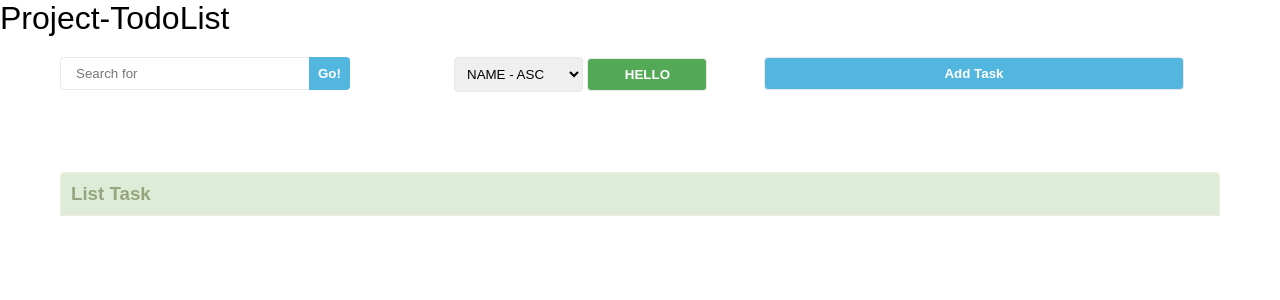
Repository: dinhconglam2306/frontend_tu_xa
Page: B08/Exercise_todolist/index.html
An editor plug-in stored every save of this project. The page is shown before and after the next save, followed by the edit.
The browser window is 1280 px wide. The pictures show the whole page.

Above is the page before, as saved 2021-04-15 03:21:53.

### B08/Exercise_todolist/index.html
<!DOCTYPE html>
<html lang="en">
  <head>
    <meta charset="UTF-8" />
    <meta http-equiv="X-UA-Compatible" content="IE=edge" />
    <meta name="viewport" content="width=device-width, initial-scale=1.0" />
    <title>Document</title>
    <link rel="stylesheet" href="css/style.css" />
  </head>
  <body>
    <h1>Project-TodoList</h1>
    <div id="container" class="container">
      <div class="container_right">
        <input class="search" type="search" placeholder="Search for" />
        <button class="search_go">Go!</button>
      </div>

      <div class="container_center">
        <select id="sort_by">
          <option value="name_asc">NAME - ASC</option>
          <option value="name_desc">NAME - DESC</option>
          <option value="level_asc">LEVEL - ASC</option>
          <option value="level_desc">LEVEL - DESC</option>
          <!-- <option value="sort_by" selected></option> -->
        </select>
        <button class="button_sort_by">HELLO</button>
      </div>

      <div class="container_left">
        <button class="add_task" onclick="showAddTask();">Add Task</button>
        <div class="container_left_bottom" id="container_left_bottom">
          <div>
            <input
              class="task_name"
              id="task_name"
              type="text"
              placeholder="Task Name"
            />
            <select id="level">
              <option value="medium" selected>Medium</option>
              <option value="hight">Hight</option>
              <option value="small">Small</option>
            </select>
            <button
              class="submit"
              id="btn-createListTask"
              onclick="createListTask();"
            >
              Submit</button
            ><br />
            <button class="cancel" id="cancel" onclick="Cancel();">
              Cancel
            </button>
          </div>
        </div>
      </div>
    </div>

    <div class="task">
      <h3 class="title">List Task</h3>
      <table id="list-task"></table>
    </div>

    <script src="js/showAddTask.js"></script>
    <script src="js/createListTask.js"></script>
  </body>
</html>

### B08/Exercise_todolist/css/style.css
* {
  margin: 0px;
  padding: 0px;
  font-family: Arial, Helvetica, sans-serif;
  box-sizing: border-box;
}

#container {
  width: 100%;
  display: flex;
  justify-content: space-between;
  padding: 20px;
}
h1 {
  font-weight: 200;
}
/* ===========CONTAINER-RIGHT================ */
#container .container_right {
  width: 35%;
  position: relative;
  display: inline-block;
}
#container .container_right .search {
  width: 250px;
  border: 1px solid #e9e7e9;
  border-top-left-radius: 4px;
  border-bottom-left-radius: 4px;
  padding: 8px;
  margin-left: 40px;
  outline: none;
  padding-left: 15px;
  cursor: pointer;
}
#container .container_right .search:focus {
  box-shadow: -1px -1px rgb(212, 205, 212);
}
#container .container_right .search_go {
  padding: 9px;
  background-color: #53b6df;
  color: white;
  border-top-right-radius: 4px;
  border-bottom-right-radius: 4px;
  border: none;
  position: absolute;
  left: 289px;
  outline: none;
  cursor: pointer;
  font-weight: bold;
}
#container .container_right .search_go:hover {
  background-color: rgb(195, 233, 121);
  color: black;
}

/* ===========CONTAINER-CENTER================ */
#container .container_center {
  width: 25%;
}
#container .container_center #sort_by {
  padding: 8px;
  border-radius: 4px;
  outline: none;
  border: 1px solid #e9e7e9;
}
#container .container_center .button_sort_by {
  min-width: 120px;
  padding: 8px;
  border-radius: 4px;
  border: 1px solid #e9e7e9;
  background-color: #53a956;
  font-weight: bold;
  color: white;
  outline: none;
  cursor: pointer;
}
#container .container_center .button_sort_by:hover {
  background-color: #53b6df;
}

/* ===========CONTAINER-LEFT================ */
#container .container_left {
  width: 40%;
  display: inline-block;
}
#container .container_left .add_task {
  width: 420px;
  padding: 8px;
  background-color: #53b6df;
  color: white;
  border-radius: 4px;
  border: 1px solid #e9e7e9;
  outline: none;
  font-weight: bold;
  cursor: pointer;
}
#container .container_left .add_task:hover {
  background-color: rgb(195, 233, 121);
  color: black;
}
#container .container_left .container_left_bottom {
  display: none;
  margin-top: 20px;
}
#container .container_left .container_left_bottom .task_name {
  border: 1px solid #e9e7e9;
  border-radius: 4px;
  padding: 8px;
  outline: none;
  padding-left: 15px;
  cursor: pointer;
}
#container .container_left .container_left_bottom #level {
  padding: 8px;
  border-radius: 4px;
  outline: none;
  border: 1px solid #e9e7e9;
}
#container .container_left .container_left_bottom .submit {
  padding: 8px;
  border-radius: 4px;
  border: 1px solid #e9e7e9;
  background-color: #2b76bb;
  color: white;
  outline: none;
  cursor: pointer;
}
#container .container_left .container_left_bottom .cancel {
  padding: 8px;
  border-radius: 4px;
  border: 1px solid #e9e7e9;
  outline: none;
  cursor: pointer;
  background-color: white;
}
/* ===========TABLE-LIST-TASK================ */
.task {
  padding: 60px;
}
.task .title {
  border: 1px solid #edece6;
  padding: 10px;
  border-top-left-radius: 4px;
  border-top-right-radius: 4px;
  background-color: #ddebd7;
  color: #96a57d;
}

table {
  width: 100%;
}

### B08/Exercise_todolist/js/showAddTask.js
 var clickAddTask = 0;
function showAddTask(){
  var showAddTask = document.getElementById("container_left_bottom");
  clickAddTask+=1;
  if(clickAddTask %2!=0){
    showAddTask.style.display="block"
  }else{
    showAddTask.style.display="none"
  }

}
// function Cancel(){
//   var showAddTask = document.getElementById("container_left_bottom");
//   showAddTask.style.display="none"
// }

### B08/Exercise_todolist/js/createListTask.js
function createListTask() {
  let task = document.getElementById("task_name").value;
  let level = document.getElementById("level").value;

  var taskList = [];
  taskList.push({
    task: task,
    level: level,
  });
  console.log(taskList);
  let tableContent = `<tr>
      <td>#</td>
      <td>Task</td>
      <td>Level</td>
      <td>Action</td>
    </tr>`;

  taskList.forEach((task, idx) => {
    idx++;
    tableContent += `<tr>
      <td>${idx}</td>
      <td>${task.task}</td>
      <td>${task.level}</td>
      <td>
        <a href='#'>Edit</a> | <a href='#'>Delete</a>
      </td>
    </tr>`;
  });
  document.getElementById("list-task").innerHTML = tableContent;
}

After the next save:
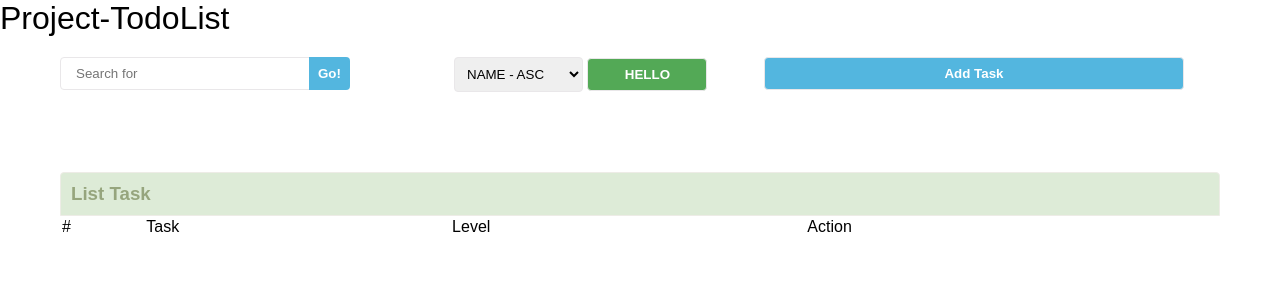
Saved 55 s later.
--- a/B08/Exercise_todolist/index.html
+++ b/B08/Exercise_todolist/index.html
@@ -58,7 +58,14 @@
 
     <div class="task">
       <h3 class="title">List Task</h3>
-      <table id="list-task"></table>
+      <table id="list-task">
+        <tr>
+          <td>#</td>
+          <td>Task</td>
+          <td>Level</td>
+          <td>Action</td>
+        </tr>
+      </table>
     </div>
 
     <script src="js/showAddTask.js"></script>
